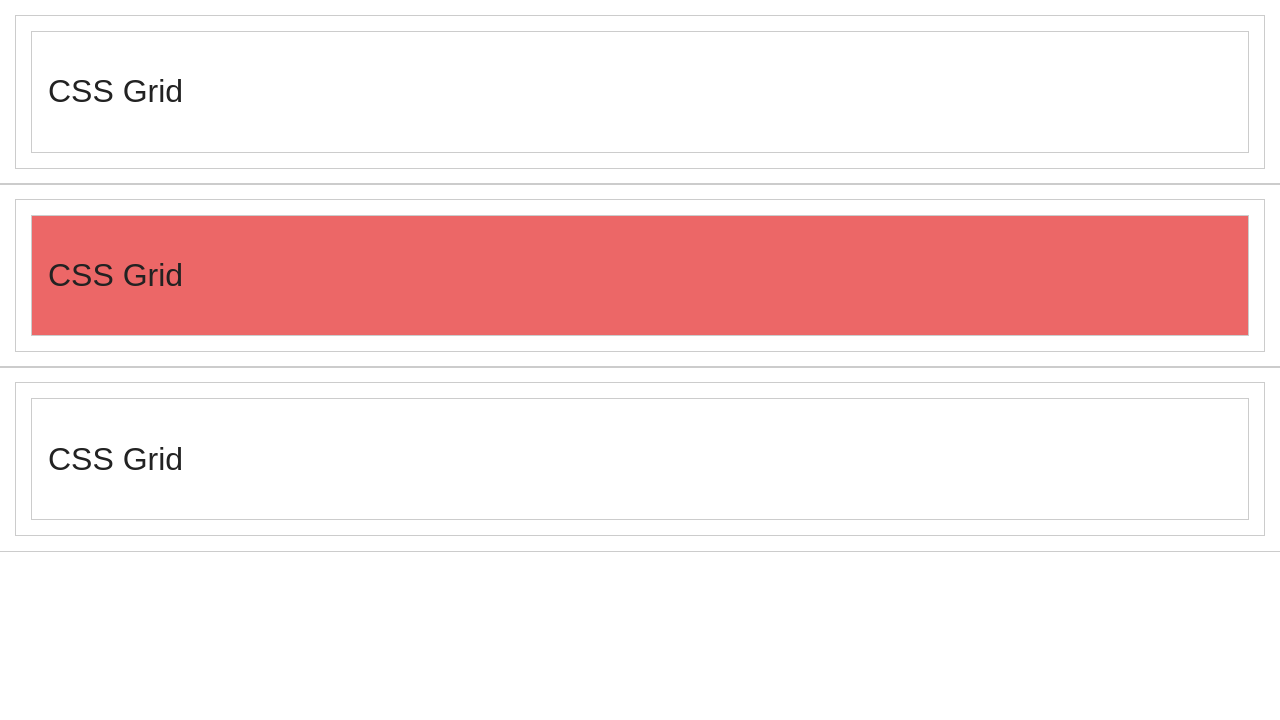
Repository: anoncoderin/madhu_kushal_html_layout
Page: metrosite_week4hw/index.html
An editor plug-in stored every save of this project. The page is shown before and after the next save, followed by the edit.
The browser window is 1280 px wide. The pictures show the whole page.

Above is the page before, as saved 2023-01-27 22:55:11.

### metrosite_week4hw/index.html
<!doctype html>
<html class="no-js" lang="EN">

<head>
  <meta charset="utf-8">
  <title>Metrolics</title>
  <meta name="description" content="Some demo test website">
  <meta name="viewport" content="width=device-width, initial-scale=1">

  <meta property="og:title" content="">
  <meta property="og:type" content="">
  <meta property="og:url" content="">
  <meta property="og:image" content="">

  <link rel="manifest" href="site.webmanifest">
  <link rel="apple-touch-icon" href="icon.png">
  <!-- Place favicon.ico in the root directory -->

  <link rel="stylesheet" href="css/normalize.css">
  <link rel="stylesheet" href="css/main.css">

  <meta name="theme-color" content="#fafafa">
</head>

<body>


  <script src="js/vendor/modernizr-3.11.2.min.js"></script>
  <script src="js/plugins.js"></script>
  <script src="js/main.js"></script>

  <!-- Google Analytics: change UA-XXXXX-Y to be your site's ID. -->
  <script>
    window.ga = function () { ga.q.push(arguments) }; ga.q = []; ga.l = +new Date;
    ga('create', 'UA-XXXXX-Y', 'auto'); ga('set', 'anonymizeIp', true); ga('set', 'transport', 'beacon'); ga('send', 'pageview')
  </script>
  <script src="https://www.google-analytics.com/analytics.js" async></script>

  <script src="js/vendor/modernizr-3.11.2.min.js"></script>
  <script src="js/plugins.js"></script>
  <script src="js/main.js"></script>

  <!-- Google Analytics: change UA-XXXXX-Y to be your site's ID. -->
  <script>
    window.ga = function () { ga.q.push(arguments) }; ga.q = []; ga.l = +new Date;
    ga('create', 'UA-XXXXX-Y', 'auto'); ga('set', 'anonymizeIp', true); ga('set', 'transport', 'beacon'); ga('send', 'pageview')
  </script>
  <script src="https://www.google-analytics.com/analytics.js" async></script>





  <header class="">
    <div class="">
      <div class="">
        <h1>CSS Grid</h1>
      </div>
    </div>

  </header>



  <section>

    <div class="row">
      <div class="col">
        <h1>CSS Grid</h1>
      </div>
    </div>


  </section>


  <footer>
    <div class="">
      <div class="">
        <h1>CSS Grid</h1>
      </div>
    </div>

  </footer>









</body>

</html>

### metrosite_week4hw/css/main.css
/*! HTML5 Boilerplate v8.0.0 | MIT License | https://html5boilerplate.com/ */

/* main.css 2.1.0 | MIT License | https://github.com/h5bp/main.css#readme */
/*
 * What follows is the result of much research on cross-browser styling.
 * Credit left inline and big thanks to Nicolas Gallagher, Jonathan Neal,
 * Kroc Camen, and the H5BP dev community and team.
 */

/* ==========================================================================
   Base styles: opinionated defaults
   ========================================================================== */

html {
  color: #222;
  font-size: 1em;
  line-height: 1.4;
}

/*
 * Remove text-shadow in selection highlight:
 * https://twitter.com/miketaylr/status/12228805301
 *
 * Vendor-prefixed and regular ::selection selectors cannot be combined:
 * https://stackoverflow.com/a/16982510/7133471
 *
 * Customize the background color to match your design.
 */

::-moz-selection {
  background: #b3d4fc;
  text-shadow: none;
}

::selection {
  background: #b3d4fc;
  text-shadow: none;
}

div,
main,
header,
section,
footer{
  outline: 1px solid #ccc;
  min-height: 1rem;
  padding: 1rem;
}

*,
*:before,
*:after{
  box-sizing: border-box;
}

img{
  width: 100%;
}


h1,
h2,
h3,
h4,
h5,
h6 {
  font-family:Arial, Helvetica, sans-serif;
  font-weight: 300;
}

p{
  font-family:Arial, Helvetica, sans-serif;
}

.row{
  display: grid;
  row-gap: 1rem;
}
.col{
  position: relative;
  background-color: rgb(236, 103, 103);
}

/*
 * A better looking default horizontal rule
 */

hr {
  display: block;
  height: 1px;
  border: 0;
  border-top: 1px solid #ccc;
  margin: 1em 0;
  padding: 0;
}

/*
 * Remove the gap between audio, canvas, iframes,
 * images, videos and the bottom of their containers:
 * https://github.com/h5bp/html5-boilerplate/issues/440
 */

audio,
canvas,
iframe,
img,
svg,
video {
  vertical-align: middle;
}

/*
 * Remove default fieldset styles.
 */

fieldset {
  border: 0;
  margin: 0;
  padding: 0;
}

/*
 * Allow only vertical resizing of textareas.
 */

textarea {
  resize: vertical;
}

/* ==========================================================================
   Author's custom styles
   ========================================================================== */

/* ==========================================================================
   Helper classes
   ========================================================================== */

/*
 * Hide visually and from screen readers
 */

.hidden,
[hidden] {
  display: none !important;
}

/*
 * Hide only visually, but have it available for screen readers:
 * https://snook.ca/archives/html_and_css/hiding-content-for-accessibility
 *
 * 1. For long content, line feeds are not interpreted as spaces and small width
 *    causes content to wrap 1 word per line:
 *    https://medium.com/@jessebeach/beware-smushed-off-screen-accessible-text-5952a4c2cbfe
 */

.sr-only {
  border: 0;
  clip: rect(0, 0, 0, 0);
  height: 1px;
  margin: -1px;
  overflow: hidden;
  padding: 0;
  position: absolute;
  white-space: nowrap;
  width: 1px;
  /* 1 */
}

/*
 * Extends the .sr-only class to allow the element
 * to be focusable when navigated to via the keyboard:
 * https://www.drupal.org/node/897638
 */

.sr-only.focusable:active,
.sr-only.focusable:focus {
  clip: auto;
  height: auto;
  margin: 0;
  overflow: visible;
  position: static;
  white-space: inherit;
  width: auto;
}

/*
 * Hide visually and from screen readers, but maintain layout
 */

.invisible {
  visibility: hidden;
}

/*
 * Clearfix: contain floats
 *
 * For modern browsers
 * 1. The space content is one way to avoid an Opera bug when the
 *    `contenteditable` attribute is included anywhere else in the document.
 *    Otherwise it causes space to appear at the top and bottom of elements
 *    that receive the `clearfix` class.
 * 2. The use of `table` rather than `block` is only necessary if using
 *    `:before` to contain the top-margins of child elements.
 */

.clearfix::before,
.clearfix::after {
  content: " ";
  display: table;
}

.clearfix::after {
  clear: both;
}

/* ==========================================================================
   EXAMPLE Media Queries for Responsive Design.
   These examples override the primary ('mobile first') styles.
   Modify as content requires.
   ========================================================================== */

@media only screen and (min-width: 35em) {
  /* Style adjustments for viewports that meet the condition */
}

@media print,
  (-webkit-min-device-pixel-ratio: 1.25),
  (min-resolution: 1.25dppx),
  (min-resolution: 120dpi) {
  /* Style adjustments for high resolution devices */
}

/* ==========================================================================
   Print styles.
   Inlined to avoid the additional HTTP request:
   https://www.phpied.com/delay-loading-your-print-css/
   ========================================================================== */

@media print {
  *,
  *::before,
  *::after {
    background: #fff !important;
    color: #000 !important;
    /* Black prints faster */
    box-shadow: none !important;
    text-shadow: none !important;
  }

  a,
  a:visited {
    text-decoration: underline;
  }

  a[href]::after {
    content: " (" attr(href) ")";
  }

  abbr[title]::after {
    content: " (" attr(title) ")";
  }

  /*
   * Don't show links that are fragment identifiers,
   * or use the `javascript:` pseudo protocol
   */
  a[href^="#"]::after,
  a[href^="javascript:"]::after {
    content: "";
  }

  pre {
    white-space: pre-wrap !important;
  }

  pre,
  blockquote {
    border: 1px solid #999;
    page-break-inside: avoid;
  }

  /*
   * Printing Tables:
   * https://web.archive.org/web/20180815150934/http://css-discuss.incutio.com/wiki/Printing_Tables
   */
  thead {
    display: table-header-group;
  }

  tr,
  img {
    page-break-inside: avoid;
  }

  p,
  h2,
  h3 {
    orphans: 3;
    widows: 3;
  }

  h2,
  h3 {
    page-break-after: avoid;
  }
}

### metrosite_week4hw/js/plugins.js
// Avoid `console` errors in browsers that lack a console.
(function() {
  var method;
  var noop = function () {};
  var methods = [
    'assert', 'clear', 'count', 'debug', 'dir', 'dirxml', 'error',
    'exception', 'group', 'groupCollapsed', 'groupEnd', 'info', 'log',
    'markTimeline', 'profile', 'profileEnd', 'table', 'time', 'timeEnd',
    'timeline', 'timelineEnd', 'timeStamp', 'trace', 'warn'
  ];
  var length = methods.length;
  var console = (window.console = window.console || {});

  while (length--) {
    method = methods[length];

    // Only stub undefined methods.
    if (!console[method]) {
      console[method] = noop;
    }
  }
}());

// Place any jQuery/helper plugins in here.

Loaded but not shown: metrosite_week4hw/css/normalize.css (library); metrosite_week4hw/js/vendor/modernizr-3.11.2.min.js (library); metrosite_week4hw/js/main.js (no stored copy; drawn as an empty file)

After the next save:
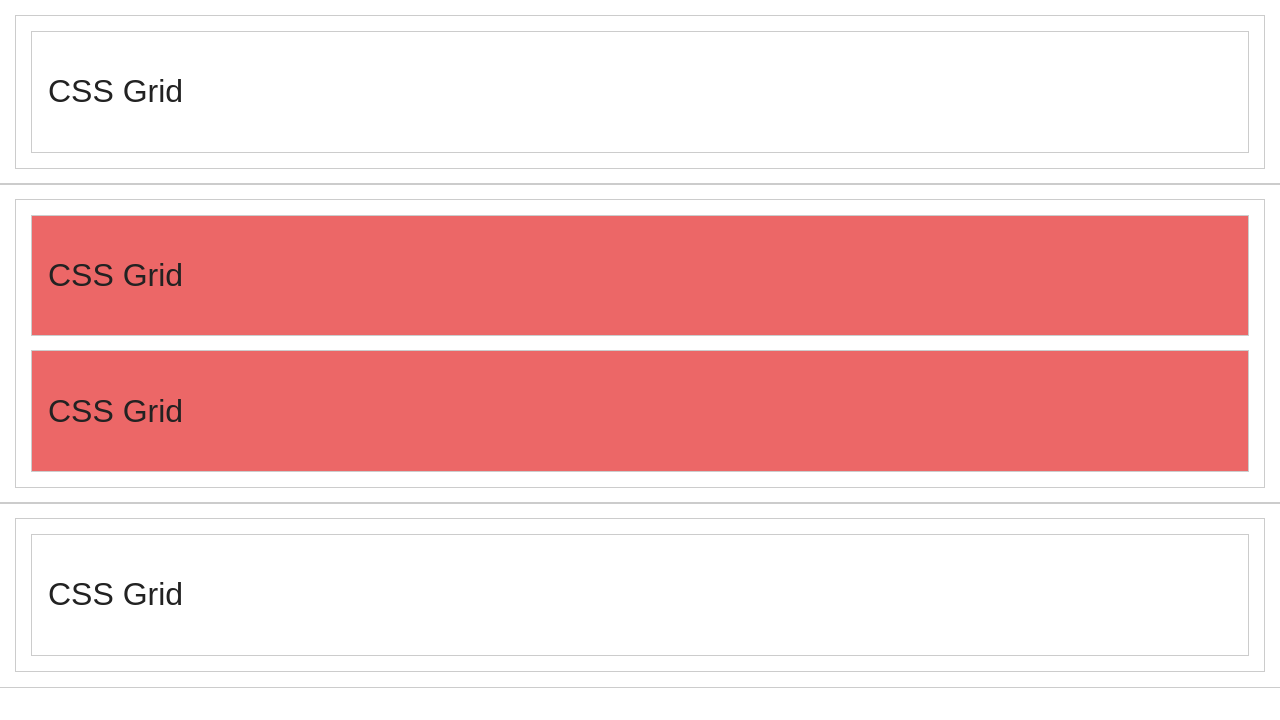
Saved 6 s later.
--- a/metrosite_week4hw/index.html
+++ b/metrosite_week4hw/index.html
@@ -68,6 +68,9 @@
       <div class="col">
         <h1>CSS Grid</h1>
       </div>
+      <div class="col">
+        <h1>CSS Grid</h1>
+      </div>
     </div>
 
 
